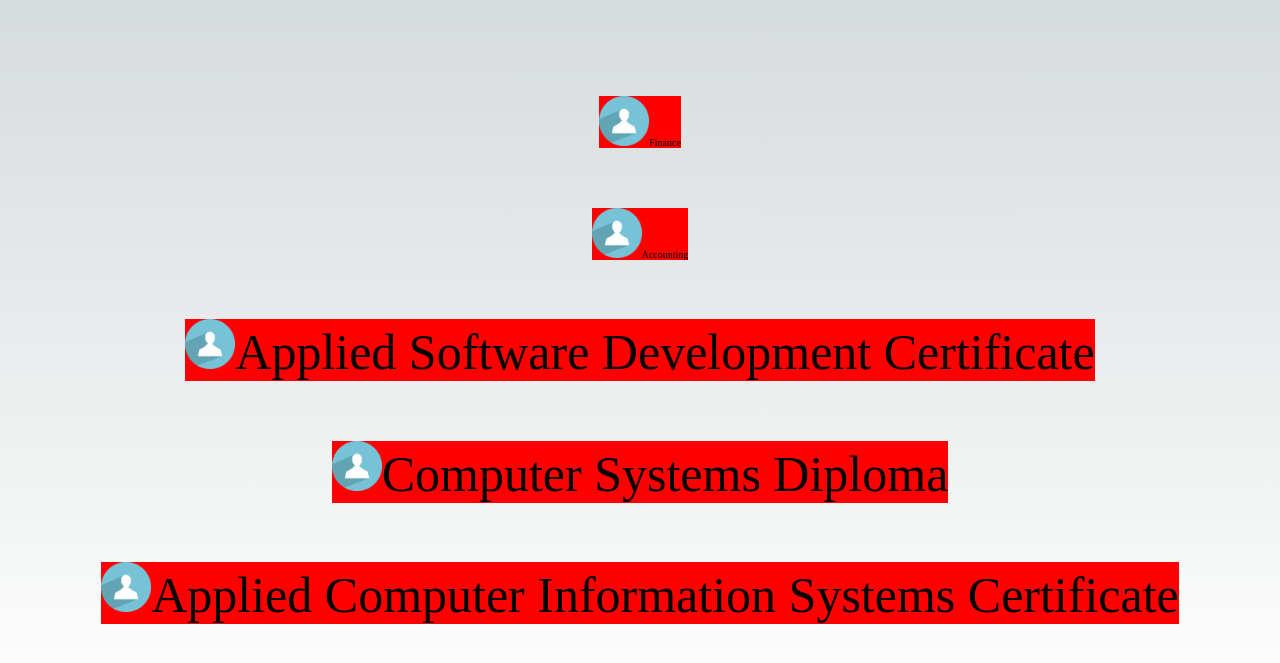
Repository: Haydenleung/MDIA2109-ClassLab3
Page: /
These files come from the project's save history. The page is drawn as it stood at one moment and after the next save; the edit follows.
The browser window is 1280 px wide. The pictures show the whole page.
The project was rebuilt for these pictures with package versions that can differ from the ones it lists, and the page was loaded fresh each time. The framework's server and built-in components were replaced by stand-ins that run in the browser. Also part of the build but not shown: next.config.js.

Above is the page before, as saved 2023-01-19 15:03:04.

### pages/index.js
import Head from 'next/head'
import Image from 'next/image'
import { Inter } from '@next/font/google'
import styles from '@/styles/Home.module.css'
import data from '../data/education.json'
import { useState } from 'react'
import Card from '@/components/Card'

const inter = Inter({ subsets: ['latin'] })

export default function Home() {

  console.log(data);
  const [information, setInformation] = useState([...data]);
  console.log(information);

  return (
    <>
      <Head>
        <title>Create Next App</title>
        <meta name="description" content="Generated by create next app" />
        <meta name="viewport" content="width=device-width, initial-scale=1" />
        <link rel="icon" href="/favicon.ico" />
      </Head>
      <main className={styles.main}>
        {
          information && information.map((info, index) => {
            if(info.department.toLowerCase() === "business"){
              return(
                // <div key={index}>{info.degree}</div>
                <Card key={index} degree={info.degree} colour="red" font="10px"/>
              )
            }
            if(info.department.toLowerCase() === "computing"){
              return(
                // <div key={index}>{info.degree}</div>
                <Card key={index} degree={info.degree} colour="red" font="50px"/>
              )
            }
          })
        }
      </main>
    </>
  )
}

### data/education.json
[
        {
            "studentNumber": "A0004567",
            "firstName": "Person 1",
            "gpa": 3.8,
            "department": "Business",
            "degree": "Finance",
            "graduted": 2014
        },
        {
            "studentNumber": "A0001234",
            "firstName": "Person 2",
            "gpa": 3.5,
            "department": "Business",
            "degree": "Accounting",
            "graduted": 2010
        },
        {
            "studentNumber": "A0007890",
            "firstName": "Person 3",
            "gpa": 3.2,
            "department": "Computing",
            "degree": "Applied Software Development Certificate",
            "graduted": 2018
        },
        {
            "studentNumber": "A0007828",
            "firstName": "Person 4",
            "gpa": 3.9,
            "department": "Computing",
            "degree": "Computer Systems Diploma",
            "graduted": 2021
        },
        {
            "studentNumber": "A0003425",
            "firstName": "Person 5",
            "gpa": 3.2,
            "department": "Computing",
            "degree": "Applied Computer Information Systems Certificate",
            "graduted": 2021
        }
]

### components/Card/index.js
export default function Card({
    degree = "none",
    colour ="purple",
    font = "0",
    image= "icon/personTwo.png"
}) {
    return(
        <div style={{backgroundColor: colour, fontSize:font}}>
            {
                colour === "red" ?      <img src={'icon/person.png'} width = '50'/> :
                colour === "blue" ?     <img src={'icon/personThree.png'} width = '50'/> :
                                        <img src={image} width = '50'/>
            }
            {degree}
        </div>
    )
 }

Loaded but not shown: pages/_app.js (common file); pages/_document.js (common file); styles/globals.css (common file); styles/Home.module.css (common file)

After the next save:
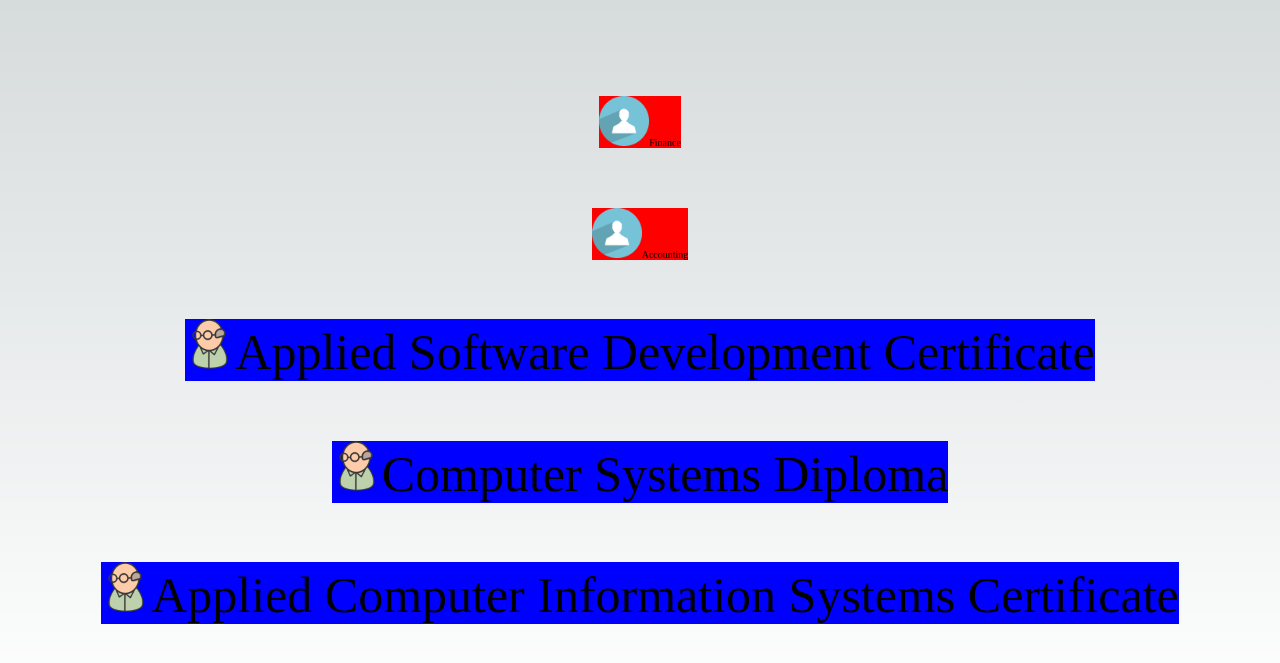
Saved 61 s later.
--- a/pages/index.js
+++ b/pages/index.js
@@ -34,7 +34,7 @@ export default function Home() {
             if(info.department.toLowerCase() === "computing"){
               return(
                 // <div key={index}>{info.degree}</div>
-                <Card key={index} degree={info.degree} colour="red" font="50px"/>
+                <Card key={index} degree={info.degree} colour="blue" font="50px"/>
               )
             }
           })
